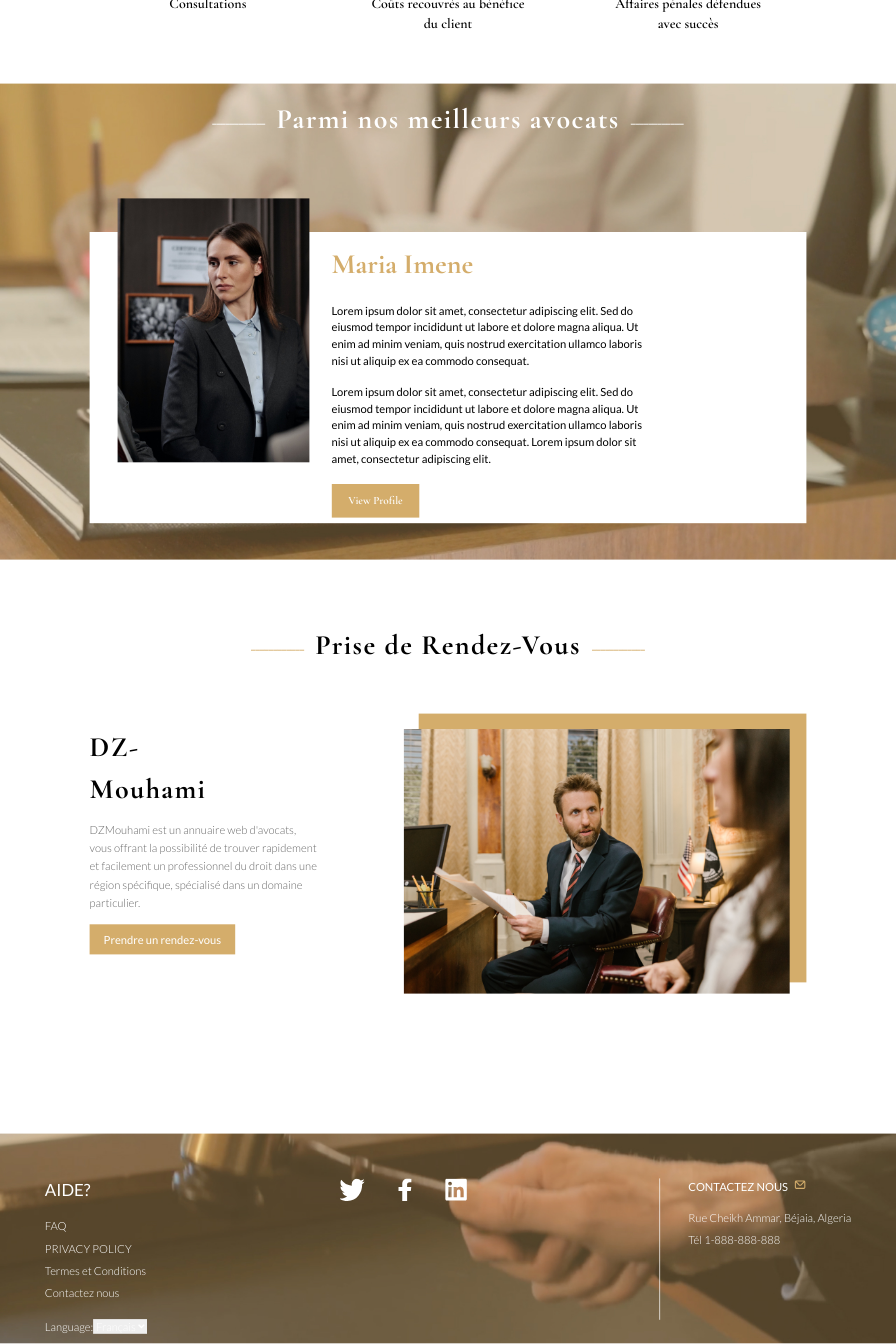
Repository: Chekrouba-Tinhinane/Mohami_dz
Page: / (app in client/)
The author's editor kept a copy of each file at every save. The page is drawn from the files as they stood at one save, then again after a run of saves.
The browser window is 1280 px wide. The pictures show the part of the page from y = 2348 to 4268 px (the page is 4268 px tall), at 70% of full size.
The project was rebuilt for these pictures with package versions that can differ from the ones it lists, and the page was loaded fresh each time. Also part of the build but not shown: client/vite.config.js, client/src/SignIn.jsx, client/src/components/Selector.jsx, client/src/components/SearchContainer.jsx, client/src/Search.jsx, client/src/components/super/HomeLayout.jsx, client/src/components/Profile.jsx.

Above is the page before, as saved 2024-01-25 18:23:03.

After the next 3 saves:
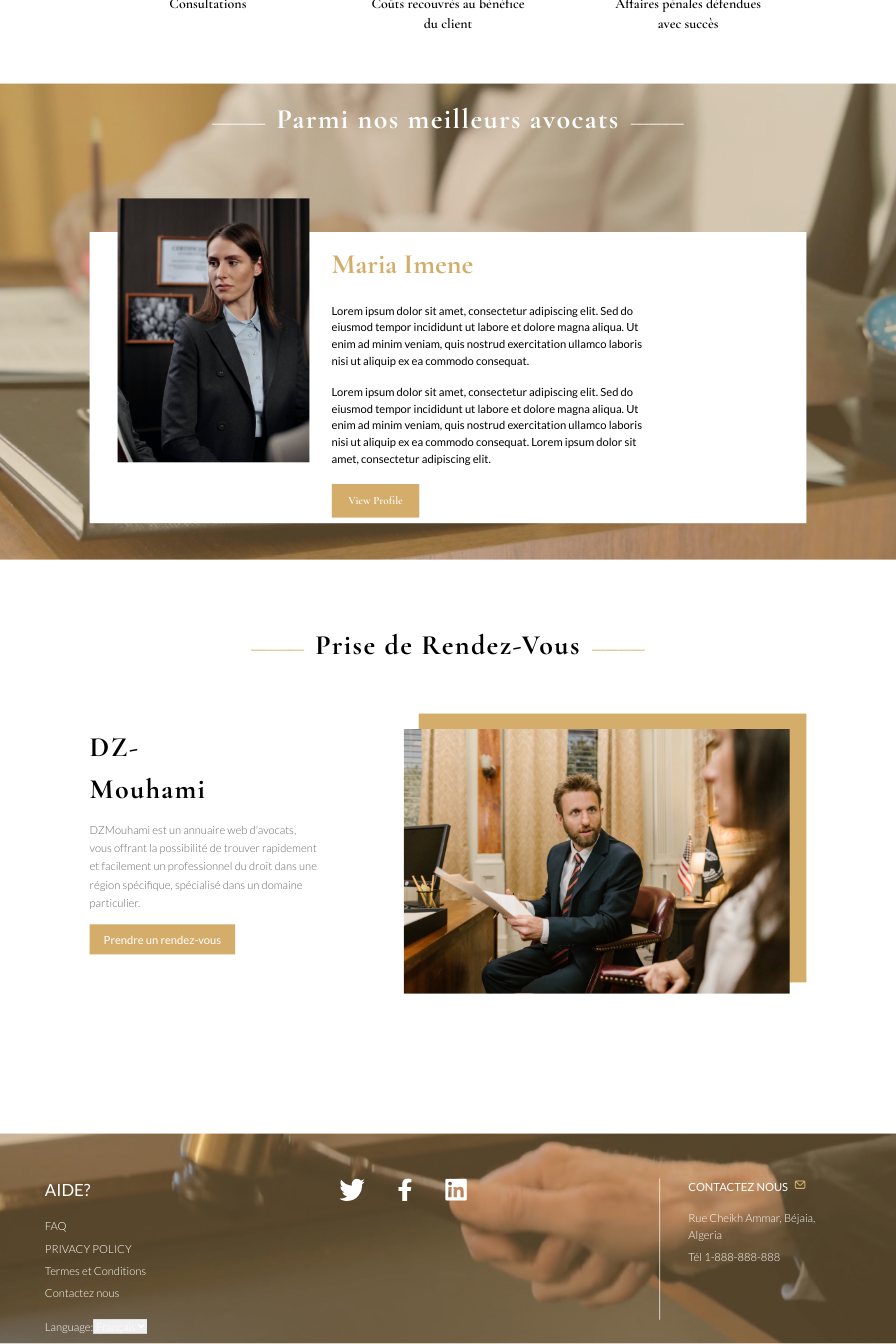
The 3 saves are shown as one change because they came seconds apart.
The last was saved 19 s later.
--- a/client/src/LandingPage.jsx
+++ b/client/src/LandingPage.jsx
@@ -320,7 +320,7 @@ function Footer() {
                 <img src={msg} alt="" />
               </span>
             </p>
-            <div className="flex flex-col gap-2 font-light"><p>Rue Cheikh Ammar, Béjaia, Algeria</p>
+            <div className="flex flex-col gap-2 font-light w-[80%]"><p>Rue Cheikh Ammar, Béjaia, Algeria</p>
             <p>Tél 1-888-888-888</p></div>
 
           </div>
